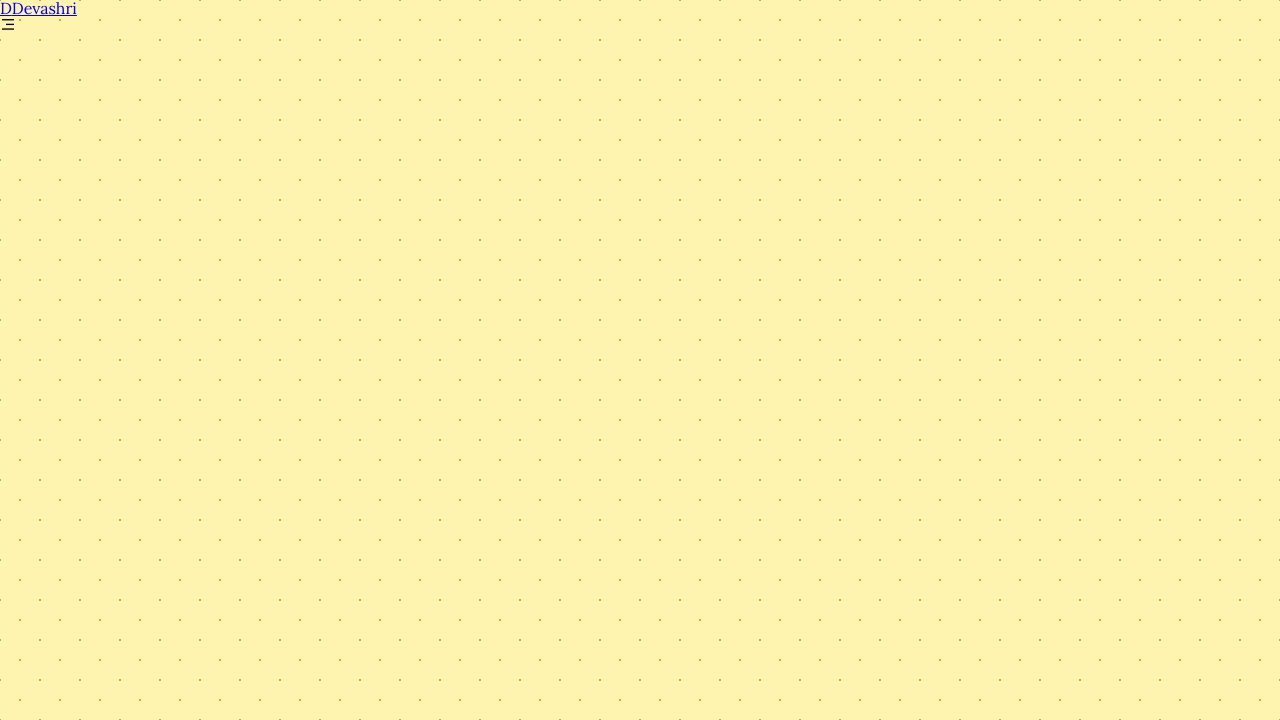
Repository: devashrisamani/devashrisamani.github.io
Page: index.html
These files come from the project's save history. The page is drawn as it stood at one moment and after the next save; the edit follows.
The browser window is 1280 px wide. The pictures show the whole page.

Above is the page before, as saved 2025-09-24 13:35:35.

After the next save:
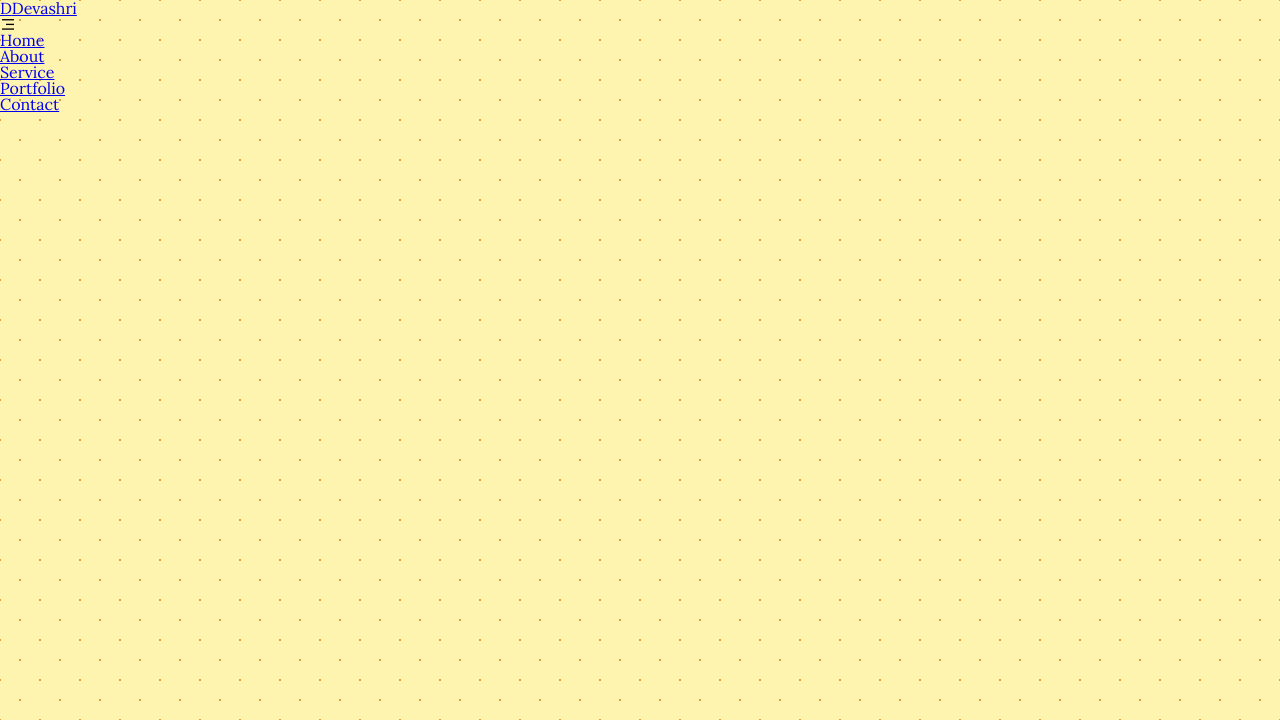
Saved 9 min 24 s later.
--- a/index.html
+++ b/index.html
@@ -25,10 +25,18 @@
     <nav>
       <div class="nav__bar">
         <a href="#"><span class="logo nav_logo">D</span>Devashri</a>
-        <div class="nav__menu__btn" id="menu__btn">
+        <div class="nav__menu__btn" id="menu-btn">
+          <!-- Icons from remix icon -->
           <i class="ri-menu-3-line"></i>
         </div>
       </div>
+      <ul class="nav__links" id="nav-links">
+        <li><a href="#home">Home</a></li>
+        <li><a href="#about">About</a></li>
+        <li><a href="#service">Service</a></li>
+        <li><a href="#portfolio">Portfolio</a></li>
+        <li><a href="#contact" class="btn">Contact</a></li>
+      </ul>
     </nav>
   </body>
 </html>
